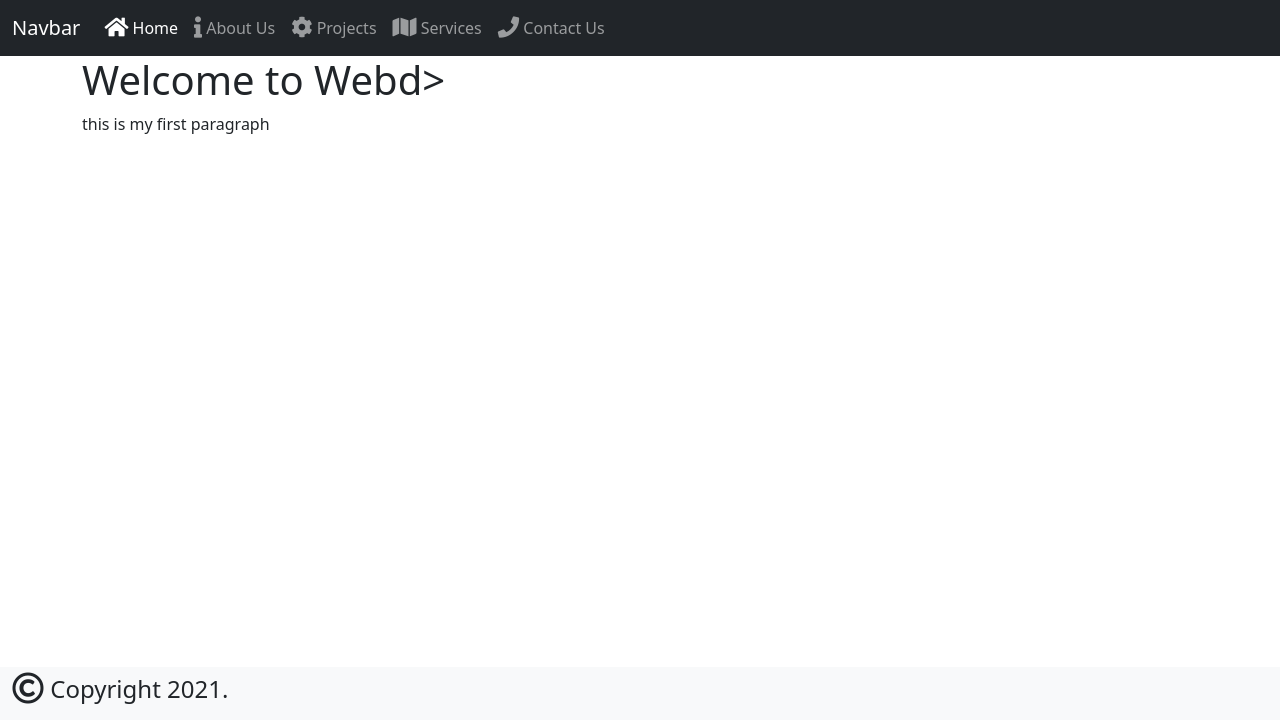
Repository: MuzhdaEhsan/WEBD6201-W2021-ICE1
Page: WEBD6201-W2021-ICE1/index.html
An editor plug-in stored every save of this project. The page is shown before and after the next save, followed by the edit.
The browser window is 1280 px wide. The pictures show the whole page.

Above is the page before, as saved 2021-01-21 08:39:34.

After the next save:
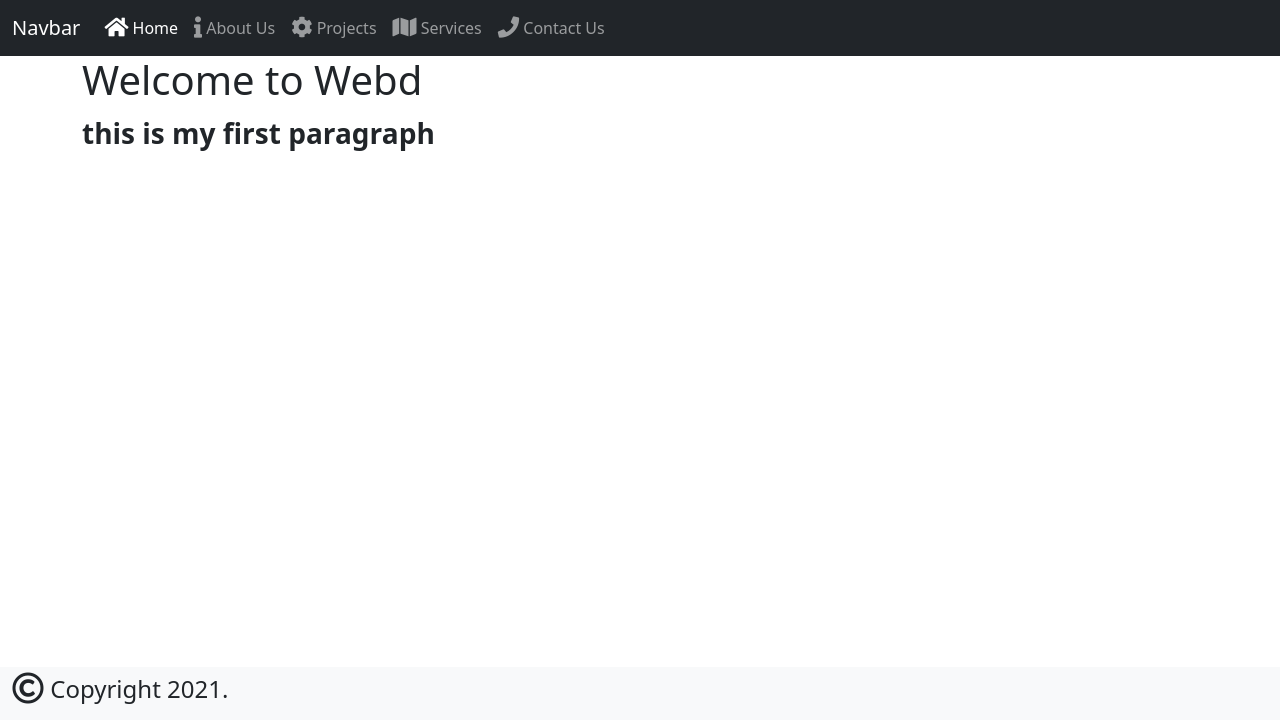
Saved 49 s later.
--- a/WEBD6201-W2021-ICE1/Scripts/app.js
+++ b/WEBD6201-W2021-ICE1/Scripts/app.js
@@ -52,8 +52,8 @@
         mainContent.firstElementChild.textContent = "Welcome Home";
 
         mainContent.innerHTML =
-        `<h1 id="firstHeading">Welcome to Webd></h1>
-        <p id = "paragraphOne">this is my first paragraph</p>
+        `<h1 id="firstHeading">Welcome to Webd</h1>
+        <p id = "paragraphOne" class="fs-3 fw-bold">this is my first paragraph</p>
         `;
     }
 
